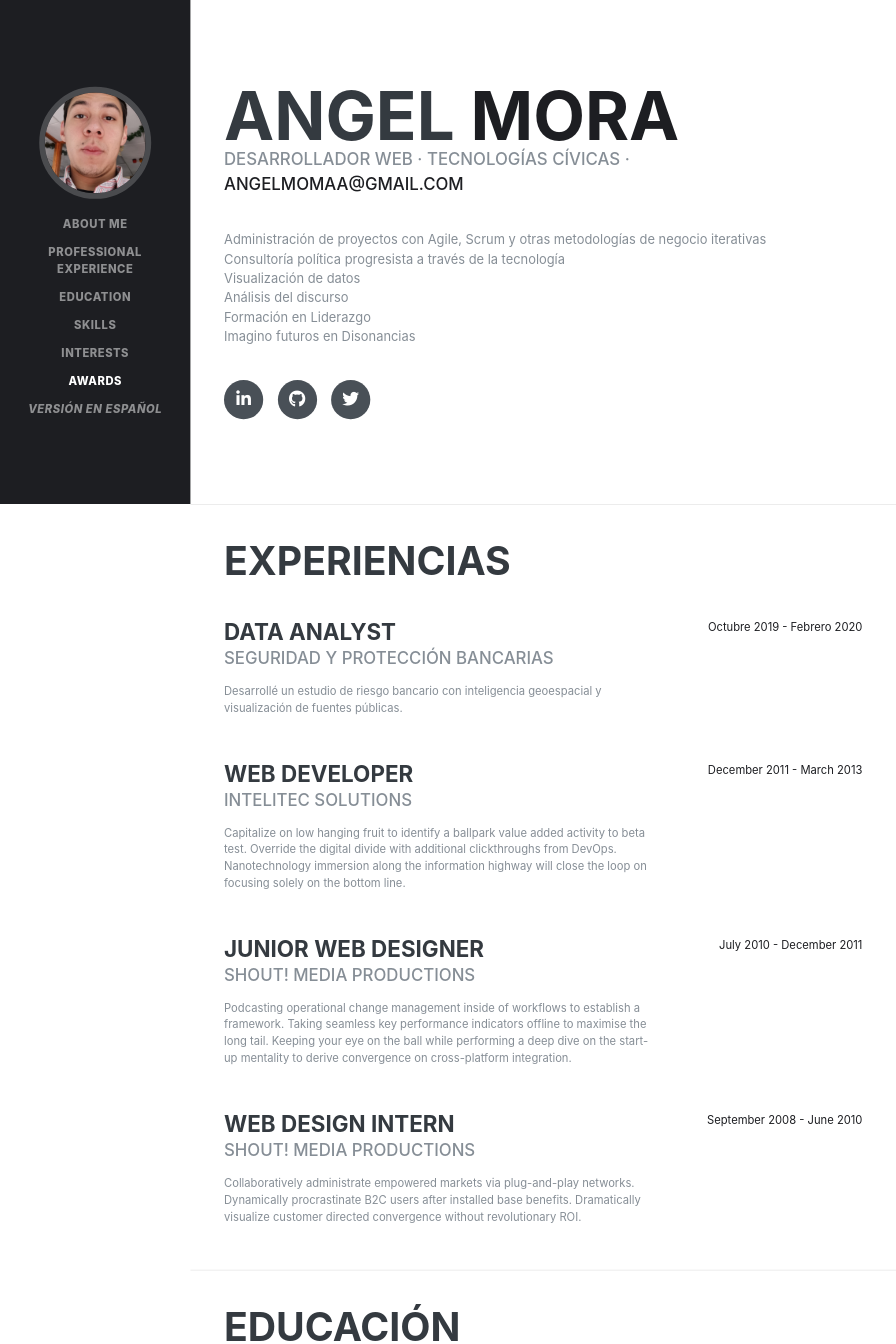
Repository: angel-mora/about-me
Page: en-index.html
These files come from the project's save history. The page is drawn as it stood at one moment and after the next save; the edit follows.
The browser window is 1280 px wide. The pictures show the part of the page from y = 0 to 1920 px (the page is 4779 px tall), at 70% of full size.
Some web fonts or font styles are not loaded; a fallback is used.

Above is the page before, as saved 2020-06-29 22:26:29.

### en-index.html
<!DOCTYPE html>
<html lang="es">

<head>

    <meta charset="utf-8">
    <meta name="viewport" content="width=device-width, initial-scale=1, shrink-to-fit=no">
    <meta name="description" content="">
    <meta name="author" content="">

    <title>Angel Moma</title>

    <!-- Bootstrap core CSS -->
    <link href="vendor/bootstrap/css/bootstrap.min.css" rel="stylesheet">

    <!-- Custom fonts for this template -->
    <link href="https://fonts.googleapis.com/css?family=Saira+Extra+Condensed:500,700" rel="stylesheet">
    <link href="https://fonts.googleapis.com/css?family=Muli:400,400i,800,800i" rel="stylesheet">
    <link href="vendor/fontawesome-free/css/all.min.css" rel="stylesheet">

    <!-- Custom styles for this template -->
    <link href="css/resume.min.css" rel="stylesheet">

</head>

<body id="page-top">

    <nav class="navbar navbar-expand-lg navbar-dark bg-primary fixed-top" id="sideNav">
        <a class="navbar-brand js-scroll-trigger" href="#page-top">
            <span class="d-block d-lg-none">ABOUT ME</span>
            <span class="d-none d-lg-block">
                <img class="img-fluid img-profile rounded-circle mx-auto mb-2" src="img/profile.jfif" alt="">
            </span>
        </a>
        <button class="navbar-toggler" type="button" data-toggle="collapse" data-target="#navbarSupportedContent" aria-controls="navbarSupportedContent" aria-expanded="false" aria-label="Toggle navigation">
            <span class="navbar-toggler-icon"></span>
        </button>
        <div class="collapse navbar-collapse" id="navbarSupportedContent">
            <ul class="navbar-nav">
                <li class="nav-item">
                    <a class="nav-link js-scroll-trigger" href="#about">About me</a>
                </li>
                <li class="nav-item">
                    <a class="nav-link js-scroll-trigger" href="#experience">Professional experience</a>
                </li>
                <li class="nav-item">
                    <a class="nav-link js-scroll-trigger" href="#education">Education</a>
                </li>
                <li class="nav-item">
                    <a class="nav-link js-scroll-trigger" href="#skills">Skills</a>
                </li>
                <li class="nav-item">
                    <a class="nav-link js-scroll-trigger" href="#interests">Interests</a>
                </li>
                <li class="nav-item">
                    <a class="nav-link js-scroll-trigger" href="#awards">Awards</a>
                </li>
                <li class="nav-item">
                    <a class="nav-link js-scroll-trigger font-italic" href="es-index.html">Versión en español</a>
                </li>
            </ul>
        </div>
    </nav>

    <div class="container-fluid p-0">

        <section class="resume-section p-3 p-lg-5 d-flex align-items-center" id="about">
            <div class="w-100">
                <h1 class="mb-0">Angel
                    <span class="text-primary">Mora</span>
                </h1>
                <div class="subheading mb-5">Desarrollador Web · Tecnologías cívicas ·
                    <a href="mailto:angelmomaa@gmail.com">angelmomaa@gmail.com</a>
                </div>
                <p class="lead mb-5">Administración de proyectos con Agile, Scrum y otras metodologías de negocio iterativas
                    <br>Consultoría política progresista a través de la tecnología
                    <br>Visualización de datos
                    <br>Análisis del discurso
                    <br>Formación en Liderazgo
                    <br>Imagino futuros en Disonancias
                    <!-- añadir algo de coaching profesional y psicológico-->
                </p>
                <div class="social-icons">
                    <a href="https://www.linkedin.com/in/angelmoma/">
                        <i class="fab fa-linkedin-in"></i>
                    </a>
                    <a href="https://github.com/angel-mora">
                        <i class="fab fa-github"></i>
                    </a>
                    <a href="https://twitter.com/angelmoma_">
                        <i class="fab fa-twitter"></i>
                    </a>
                    <!--
                      <a href="#">
                        <i class="fab fa-facebook-f"></i>
                    </a>
                  -->
                </div>
            </div>
        </section>

        <hr class="m-0">

        <section class="resume-section p-3 p-lg-5 d-flex justify-content-center" id="experience">
            <div class="w-100">
                <h2 class="mb-5">Experiencias</h2>

                <div class="resume-item d-flex flex-column flex-md-row justify-content-between mb-5">
                    <div class="resume-content">
                        <h3 class="mb-0">Data Analyst</h3>
                        <div class="subheading mb-3">Seguridad y Protección Bancarias</div>
                        <p>Desarrollé un estudio de riesgo bancario con inteligencia geoespacial y visualización de fuentes públicas.
                        </p>
                    </div>
                    <div class="resume-date text-md-right">
                        <span class="text-primary">Octubre 2019 - Febrero 2020</span>
                    </div>
                </div>

                <div class="resume-item d-flex flex-column flex-md-row justify-content-between mb-5">
                    <div class="resume-content">
                        <h3 class="mb-0">Web Developer</h3>
                        <div class="subheading mb-3">Intelitec Solutions</div>
                        <p>Capitalize on low hanging fruit to identify a ballpark value added activity to beta test. Override the digital divide with additional clickthroughs from DevOps. Nanotechnology immersion along the information highway will close
                            the loop on focusing solely on the bottom line.</p>
                    </div>
                    <div class="resume-date text-md-right">
                        <span class="text-primary">December 2011 - March 2013</span>
                    </div>
                </div>

                <div class="resume-item d-flex flex-column flex-md-row justify-content-between mb-5">
                    <div class="resume-content">
                        <h3 class="mb-0">Junior Web Designer</h3>
                        <div class="subheading mb-3">Shout! Media Productions</div>
                        <p>Podcasting operational change management inside of workflows to establish a framework. Taking seamless key performance indicators offline to maximise the long tail. Keeping your eye on the ball while performing a deep dive on the
                            start-up mentality to derive convergence on cross-platform integration.</p>
                    </div>
                    <div class="resume-date text-md-right">
                        <span class="text-primary">July 2010 - December 2011</span>
                    </div>
                </div>

                <div class="resume-item d-flex flex-column flex-md-row justify-content-between">
                    <div class="resume-content">
                        <h3 class="mb-0">Web Design Intern</h3>
                        <div class="subheading mb-3">Shout! Media Productions</div>
                        <p>Collaboratively administrate empowered markets via plug-and-play networks. Dynamically procrastinate B2C users after installed base benefits. Dramatically visualize customer directed convergence without revolutionary ROI.</p>
                    </div>
                    <div class="resume-date text-md-right">
                        <span class="text-primary">September 2008 - June 2010</span>
                    </div>
                </div>

            </div>

        </section>

        <hr class="m-0">

        <section class="resume-section p-3 p-lg-5 d-flex align-items-center" id="education">
            <div class="w-100">
                <h2 class="mb-5">Educación</h2>

                <div class="resume-item d-flex flex-column flex-md-row justify-content-between mb-5">
                    <div class="resume-content">
                        <h3 class="mb-0">Microverse.org</h3>
                        <div class="subheading mb-3">Programa de Desarrollador Web <i>Full-stack</i></div>
                        <div>Curso remoto intensivo en inglés de 8 meses (alrededor de 1000 horas efectivas de programación) para perfil de diseñador y desarrollador de aplicaciones web.<br>Capacidad para desarrollar prototipos y gestionar Start-ups.</div>
                        <!-- <p>GPA: 3.23</p> -->
                    </div>
                    <div class="resume-date text-md-right">
                        <span class="text-primary">Febrero 2020</span>
                    </div>
                </div>

                <div class="resume-item d-flex flex-column flex-md-row justify-content-between mb-5">
                    <div class="resume-content">
                        <h3 class="mb-0">Fundación Friedrich Ebert</h3>
                        <div class="subheading mb-3">Programa de Liderazgos Progresistas</div>
                        <div>Curso remoto intensivo en inglés de 8 meses (alrededor de 1000 horas efectivas de programación) para perfil de diseñador y desarrollador de aplicaciones web.<br>Capacidad para desarrollar prototipos y gestionar Start-ups.
                        </div>
                        <!-- <p>GPA: 3.23</p> -->
                    </div>
                    <div class="resume-date text-md-right">
                        <span class="text-primary">Mayo - Diciembre 2018</span>
                    </div>
                </div>

                <div class="resume-item d-flex flex-column flex-md-row justify-content-between">
                    <div class="resume-content">
                        <h3 class="mb-0">Universidad Nacional Autónoma de México</h3>
                        <div class="subheading mb-3">Licenciatura en Filosofía</div>
                        <p>Promedio general: 9.68 / 10</p>
                    </div>
                    <div class="resume-date text-md-right">
                        <span class="text-primary">Enero 2014 - Mayo 2018</span>
                    </div>
                </div>

            </div>
        </section>

        <hr class="m-0">

        <section class="resume-section p-3 p-lg-5 d-flex align-items-center" id="skills">
            <div class="w-100">
                <h2 class="mb-5">Habilidades</h2>

                <div class="subheading mb-3">Lenguajes Web &amp; Librerías</div>
                <!-- add Leaflet, GIS, R Studio, Python -->
                <ul class="list-inline dev-icons">
                    <li class="list-inline-item">
                        <i class="fab fa-html5"></i>
                    </li>
                    <li class="list-inline-item">
                        <i class="fab fa-css3-alt"></i>
                    </li>
                    <li class="list-inline-item">
                        <i class="fab fa-js-square"></i>
                    </li>
                    <li class="list-inline-item">
                        <i class="fab fa-angular"></i>
                    </li>
                    <li class="list-inline-item">
                        <i class="fab fa-react"></i>
                    </li>
                    <li class="list-inline-item">
                        <i class="fab fa-node-js"></i>
                    </li>
                    <li class="list-inline-item">
                        <i class="fab fa-sass"></i>
                    </li>
                    <li class="list-inline-item">
                        <i class="fab fa-less"></i>
                    </li>
                    <li class="list-inline-item">
                        <i class="fab fa-wordpress"></i>
                    </li>
                    <li class="list-inline-item">
                        <i class="fab fa-gulp"></i>
                    </li>
                    <li class="list-inline-item">
                        <i class="fab fa-grunt"></i>
                    </li>
                    <li class="list-inline-item">
                        <i class="fab fa-npm"></i>
                    </li>
                </ul>

                <div class="subheading mb-3">Flujo de Trabajo</div>
                <ul class="fa-ul mb-0">
                    <li>
                        <i class="fa-li fa fa-check"></i> Diseño responsivo, <i>User Experience</i>, <i>Mobile-First</i>
                    </li>
                    <li>
                        <i class="fa-li fa fa-check"></i> Pruebas de compatibilidad entre navegadores &amp; depuración
                    </li>
                    <li>
                        <i class="fa-li fa fa-check"></i> Equipos multifuncionales</li>
                    <li>
                        <i class="fa-li fa fa-check"></i> Lean, Agile &amp; Scrum</li>
                    <li>
                        <i class="fa-li fa fa-check"></i> Decidim &amp; Sociocracia</li>
                </ul>
            </div>
        </section>

        <hr class="m-0">

        <section class="resume-section p-3 p-lg-5 d-flex align-items-center" id="interests">
            <div class="w-100">
                <h2 class="mb-5">Intereses</h2>
                <p>Aparte de ser un desarrollador web, disfruto la mayor parte de mi tiempo a Disonancias, un proyecto multimedia de tecnología y filosofía. Me gusta mucho compartir mi gusto por la comida y bebida con mis amistades. Soy amateur de calistenia.
                    Simpatizo con el Dzogchen.
                </p>
                <p class="mb-0">Me gusta el cine. Tengo dos proyectos cinematográficos que esperan una fase de desarrollo más acelerada (quizá en unos dos años). He escrito un par de publicaciones, además de mi tesis.
                </p>
            </div>
        </section>

        <hr class="m-0">

        <section class="resume-section p-3 p-lg-5 d-flex align-items-center" id="awards">
            <div class="w-100">
                <h2 class="mb-5">Premios &amp; Certificados</h2>
                <ul class="fa-ul mb-0">
                    <li>
                        <i class="fa-li fa fa-trophy text-warning"></i> Google Analytics Certified Developer</li>
                    <li>
                        <i class="fa-li fa fa-trophy text-warning"></i> Mobile Web Specialist - Google Certification
                    </li>
                    <li>
                        <i class="fa-li fa fa-trophy text-warning"></i> 1
                        <sup>st</sup> Place - University of Colorado Boulder - Emerging Tech Competition 2009</li>
                    <li>
                        <i class="fa-li fa fa-trophy text-warning"></i> 1
                        <sup>st</sup> Place - University of Colorado Boulder - Adobe Creative Jam 2008 (UI Design Category)
                    </li>
                    <li>
                        <i class="fa-li fa fa-trophy text-warning"></i> 2
                        <sup>nd</sup> Place - University of Colorado Boulder - Emerging Tech Competition 2008</li>
                    <li>
                        <i class="fa-li fa fa-trophy text-warning"></i> 1
                        <sup>st</sup> Place - James Buchanan High School - Hackathon 2006</li>
                    <li>
                        <i class="fa-li fa fa-trophy text-warning"></i> 3
                        <sup>rd</sup> Place - James Buchanan High School - Hackathon 2005</li>
                </ul>
            </div>
        </section>

    </div>

    <!-- Bootstrap core JavaScript -->
    <script src="vendor/jquery/jquery.min.js"></script>
    <script src="vendor/bootstrap/js/bootstrap.bundle.min.js"></script>

    <!-- Plugin JavaScript -->
    <script src="vendor/jquery-easing/jquery.easing.min.js"></script>

    <!-- Custom scripts for this template -->
    <script src="js/resume.min.js"></script>

</body>

</html>

Loaded but not shown: vendor/bootstrap/css/bootstrap.min.css (library); vendor/fontawesome-free/css/all.min.css (library); css/resume.min.css (library); vendor/jquery/jquery.min.js (library); vendor/bootstrap/js/bootstrap.bundle.min.js (library); vendor/jquery-easing/jquery.easing.min.js (common file); js/resume.min.js (common file)

After the next save:
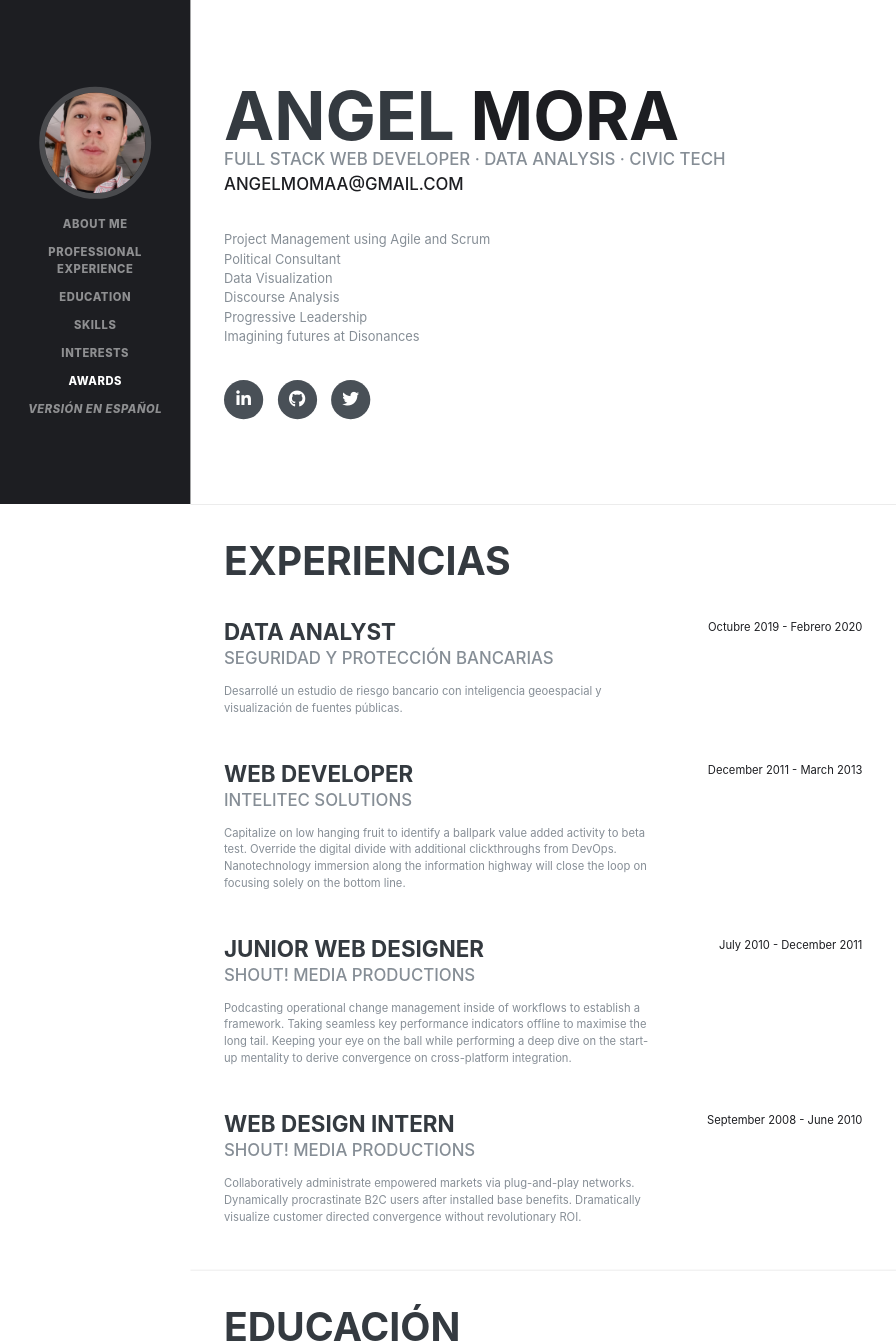
Saved 2 min 22 s later.
--- a/en-index.html
+++ b/en-index.html
@@ -69,15 +69,15 @@
                 <h1 class="mb-0">Angel
                     <span class="text-primary">Mora</span>
                 </h1>
-                <div class="subheading mb-5">Desarrollador Web · Tecnologías cívicas ·
+                <div class="subheading mb-5">Full Stack Web Developer · Data Analysis · Civic Tech
                     <a href="mailto:angelmomaa@gmail.com">angelmomaa@gmail.com</a>
                 </div>
-                <p class="lead mb-5">Administración de proyectos con Agile, Scrum y otras metodologías de negocio iterativas
-                    <br>Consultoría política progresista a través de la tecnología
-                    <br>Visualización de datos
-                    <br>Análisis del discurso
-                    <br>Formación en Liderazgo
-                    <br>Imagino futuros en Disonancias
+                <p class="lead mb-5">Project Management using Agile and Scrum
+                    <br>Political Consultant
+                    <br>Data Visualization
+                    <br>Discourse Analysis
+                    <br>Progressive Leadership
+                    <br>Imagining futures at Disonances
                     <!-- añadir algo de coaching profesional y psicológico-->
                 </p>
                 <div class="social-icons">
